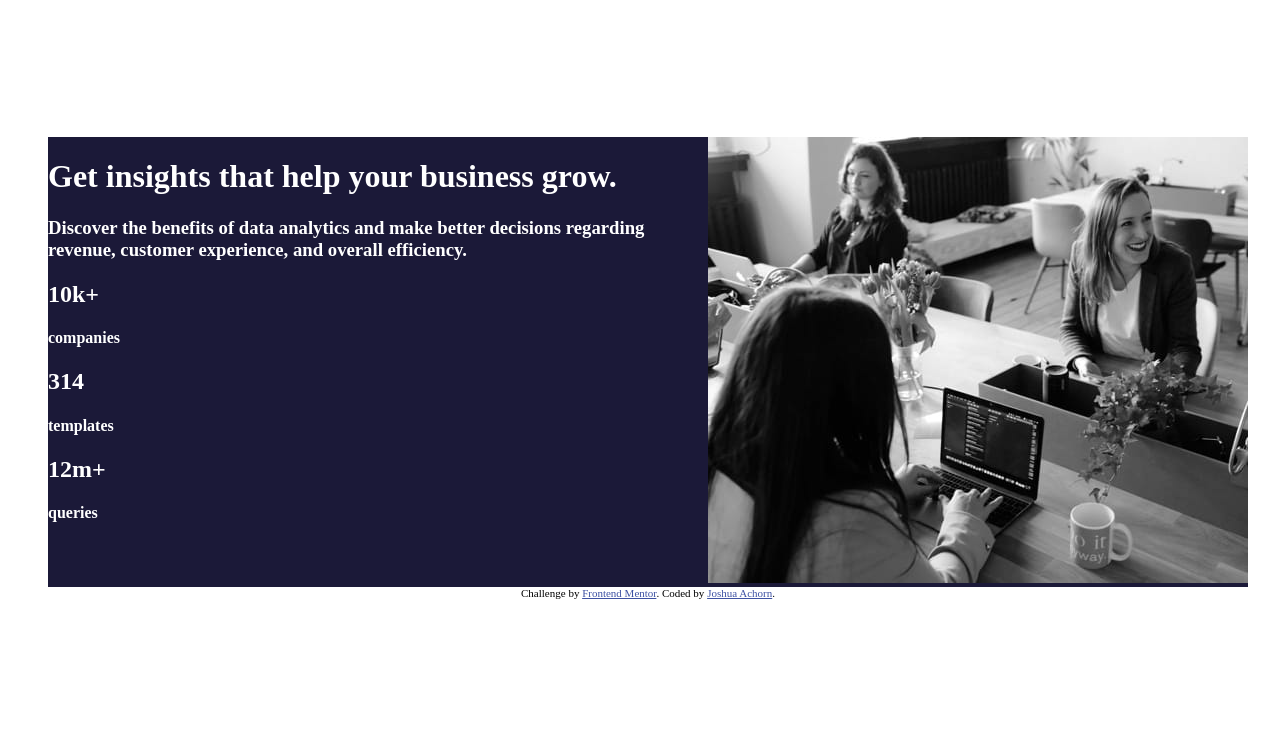
Repository: Achorn/stats-preview-card
Page: index.html
An editor plug-in stored every save of this project. The page is shown before and after the next save, followed by the edit.
The browser window is 1280 px wide. The page is 1288 px wide, so the pictures cover 1288 px, including what lies to the right of the window. The pictures show the whole page.

Above is the page before, as saved 2021-06-16 17:22:58.

### index.html
<!DOCTYPE html>
<html lang="en">
  <head>
    <meta charset="UTF-8" />
    <meta name="viewport" content="width=device-width, initial-scale=1.0" />
    <!-- displays site properly based on user's device -->
    <link rel="stylesheet" href="styles.css" />
    <link
      rel="icon"
      type="image/png"
      sizes="32x32"
      href="./images/favicon-32x32.png"
    />

    <title>Frontend Mentor | Stats preview card component</title>

    <!-- Feel free to remove these styles or customise in your own stylesheet 👍 -->
    <style>
      .attribution {
        font-size: 11px;
        text-align: center;
      }
      .attribution a {
        color: hsl(228, 45%, 44%);
      }
    </style>
  </head>
  <body>
    <div id="page-content">
      <div id="card-container">
        <div id="text-container">
          <div id="title-container">
            <h1 id="title">Get insights that help your business grow.</h1>
            <h3>
              Discover the benefits of data analytics and make better decisions
              regarding revenue, customer experience, and overall efficiency.
            </h3>
          </div>

          <div id="desc-container">
            <div id="desc">
              <h2>10k+</h2>
              <h4>companies</h4>
            </div>
            <div id="desc">
              <h2>314</h2>
              <h4>templates</h4>
            </div>
            <div id="desc">
              <h2>12m+</h2>
              <h4>queries</h4>
            </div>
          </div>
        </div>
        <div id="img-container">
          <img id="stat-image" src="/images/image-header-desktop.jpg" alt="" />
        </div>
      </div>
      <div class="attribution">
        Challenge by
        <a href="https://www.frontendmentor.io?ref=challenge" target="_blank"
          >Frontend Mentor</a
        >. Coded by <a href="#">Joshua Achorn</a>.
      </div>
    </div>
  </body>
</html>

### styles.css
body {
  width: 100%;
  background-color: white;
  /* background-color: hsl(233, 47%, 7%); */
  height: 100vh;
  display: flex;
  justify-content: center;
  align-items: center;
}

#card-container {
  max-width: 1200px;
  color: white;
  background-color: hsl(244, 38%, 16%);
  display: flex;
}

@media screen and (max-width: 1000px) {
  body {
    background-color: lightblue;
  }
  #card-container {
    width: 90%;

    flex-direction: column-reverse;
  }
}

After the next save:
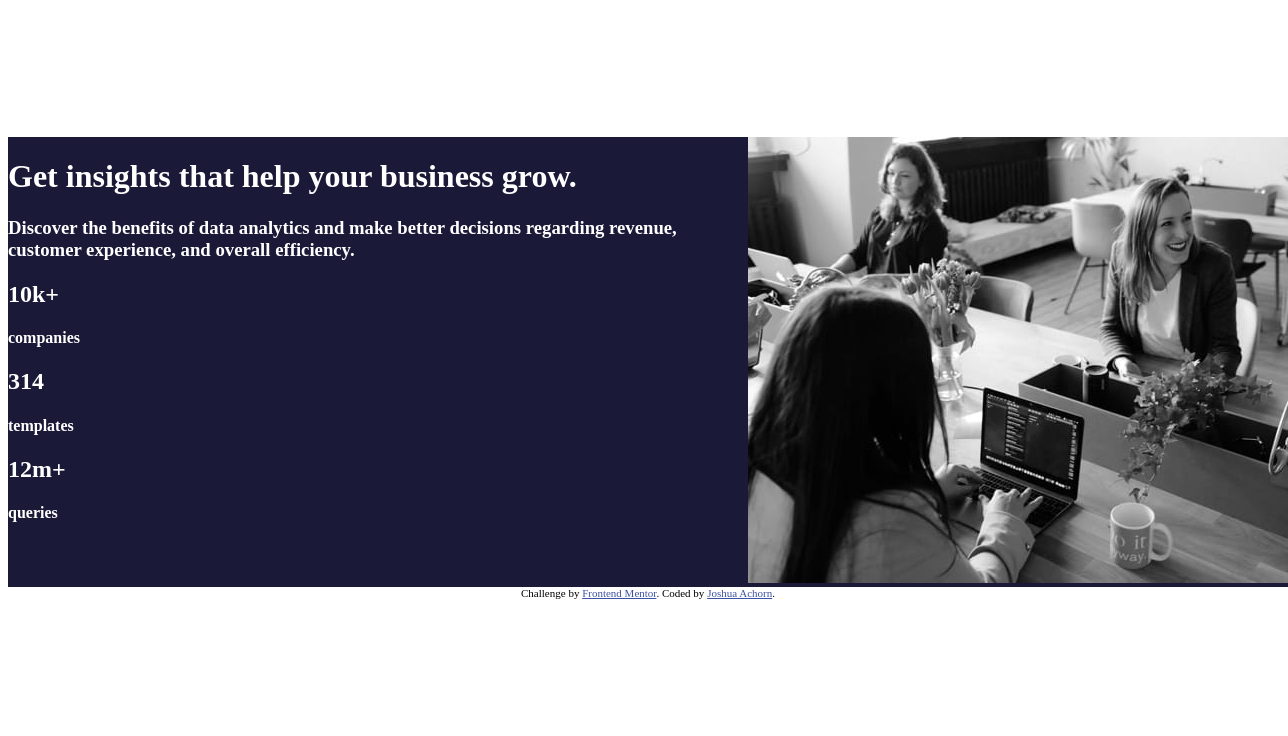
Saved 43 s later.
--- a/styles.css
+++ b/styles.css
@@ -9,7 +9,8 @@ body {
 }
 
 #card-container {
-  max-width: 1200px;
+  width:90%
+  max-width: 100px;
   color: white;
   background-color: hsl(244, 38%, 16%);
   display: flex;
